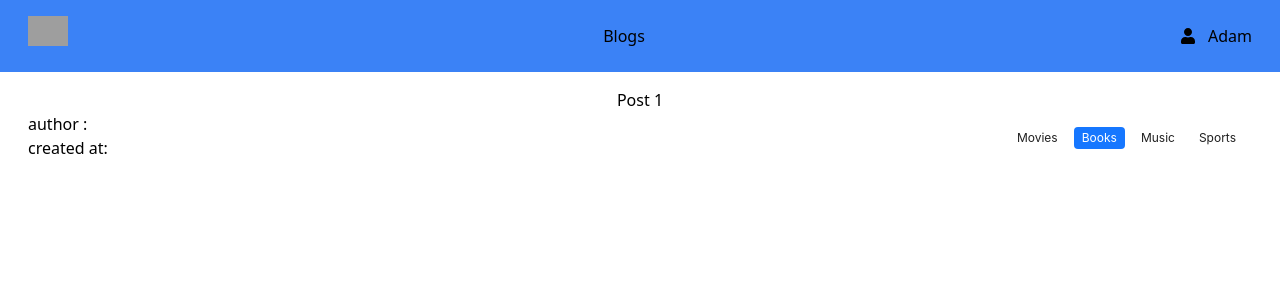
Repository: Lan-au-75/zv-app
Page: /
These files come from the project's save history. The page is drawn as it stood at one moment and after the next save; the edit follows.
The browser window is 1280 px wide. The pictures show the whole page.
Pictures or frames that could not be fetched are drawn as grey boxes. The page's requests for data from a server got no answer. The project was rebuilt for these pictures with package versions that can differ from the ones it lists, and the page was loaded fresh each time. No one was signed in, and anything a server would have sent is missing. Also part of the build but not shown: vite.config.js.

Above is the page before, as saved 2023-12-13 14:24:02.

### src/App.jsx
import { useEffect, useState } from 'react'
import Header from './components/Header'
import Post from './components/Post'

export default function App() {
    const [posts, setPosts] = useState()
    const [comments, setComments] = useState()
    const [users, setUsers] = useState()

    const [data, setData] = useState()

    const getUsersById = async (userIds) => {
        const result = posts?.filter((post) => userIds.includes(post.userId))

        return result
    }

    const getPostsById = async (postIds) => {
        const result = posts?.filter((post) => postIds.includes(post.id))

        return result
    }

    const getComments = async () => {
        // eslint-disable-next-line react/prop-types
        const postIds = comments?.map((comment) => comment.postId)
        const userIds = posts?.map((post) => post.userId)

        const post = await getPostsById(postIds)
        const user = await getUsersById(userIds)

        const result = {
            posts: post,
            comments,
            users: user,
        }

        setData(result)
    }

    useEffect(() => {
        getComments()
    }, [posts, comments, users])

    useEffect(() => {
        const fetchPosts = async () => {
            const res = await fetch('https://jsonplaceholder.typicode.com/posts?_limit=10')
            const data = await res.json()
            setPosts(data)
        }

        const fetchComments = async () => {
            const res = await fetch('https://jsonplaceholder.typicode.com/comments?_limit=10')
            const data = await res.json()
            setComments(data)
        }

        const fetchUsers = async () => {
            const res = await fetch('https://jsonplaceholder.typicode.com/users?_limit=10')
            const data = await res.json()
            setUsers(data)
        }

        fetchPosts()
        fetchComments()
        fetchUsers()
    }, [])

    return (
        <div>
            <Header></Header>
            <Post></Post>
        </div>
    )
}

### src/components/Header.jsx
import { FaUser } from 'react-icons/fa'
function Header() {
    return (
        <header className='bg-blue-500'>
            <div className='flex items-center justify-between mx-3 p-4'>
                <div className='w-10 h-10 '>
                    <img
                        src='https://cdn.pixabay.com/photo/2020/07/21/02/07/facebook-5424833_960_720.png'
                        alt='facebook'
                    />
                </div>
                <div>Blogs</div>
                <div className='flex gap-3 items-center'>
                    <FaUser />
                    <div>Adam</div>
                </div>
            </div>
        </header>
    )
}

export default Header

### src/components/Post.jsx
/* eslint-disable react/prop-types */
import { Space } from 'antd'
import CheckableTag from 'antd/es/tag/CheckableTag'
import { useState } from 'react'

const tagsData = ['Movies', 'Books', 'Music', 'Sports']

function Post() {
    const [selectedTags, setSelectedTags] = useState(['Books'])

    const handleChange = (tag, checked) => {
        const nextSelectedTags = checked
            ? [...selectedTags, tag]
            : selectedTags.filter((t) => t !== tag)
        console.log('You are interested in: ', nextSelectedTags)
        setSelectedTags(nextSelectedTags)
    }

    return (
        <>
            <main className='p-4'>
                <h1 className='flex items-center justify-center'>Post 1</h1>
                <div className='flex items-center justify-between mx-3'>
                    {/* author */}
                    <div>
                        <h3>author : </h3>
                        <span className='mt-2'>created at: </span>
                    </div>
                    {/* search keyword */}
                    <div>
                        <Space size={[0, 8]} wrap>
                            {tagsData.map((tag) => (
                                <CheckableTag
                                    key={tag}
                                    checked={selectedTags.includes(tag)}
                                    onChange={(checked) => handleChange(tag, checked)}
                                >
                                    {tag}
                                </CheckableTag>
                            ))}
                        </Space>
                    </div>
                </div>
                {/* desc */}
                <p></p>
            </main>
        </>
    )
}

export default Post

Loaded but not shown: index.html (common file); src/main.jsx (common file); src/index.css (common file); tailwind.config.js (common file)

After the next save:
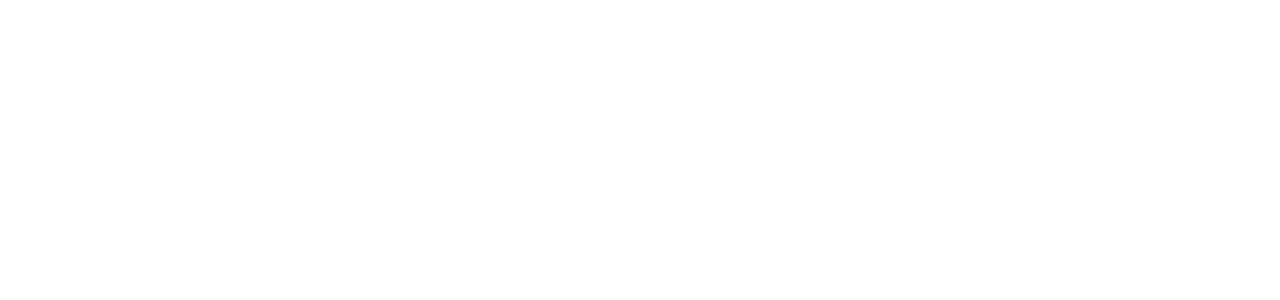
Console error: TypeError: Cannot read properties of undefined (reading 'comments')
Saved 2 min 11 s later.
--- a/src/App.jsx
+++ b/src/App.jsx
@@ -1,6 +1,7 @@
 import { useEffect, useState } from 'react'
 import Header from './components/Header'
 import Post from './components/Post'
+import { comment } from 'postcss'
 
 export default function App() {
     const [posts, setPosts] = useState()
@@ -69,7 +70,13 @@
     return (
         <div>
             <Header></Header>
-            <Post></Post>
+            {data.comments.map((comment) => {
+                const post = data.posts.find((post) => post.id === comment.postId)
+
+                console.log(post)
+
+                return <Post></Post>
+            })}
         </div>
     )
 }

After the 4 saves that followed:
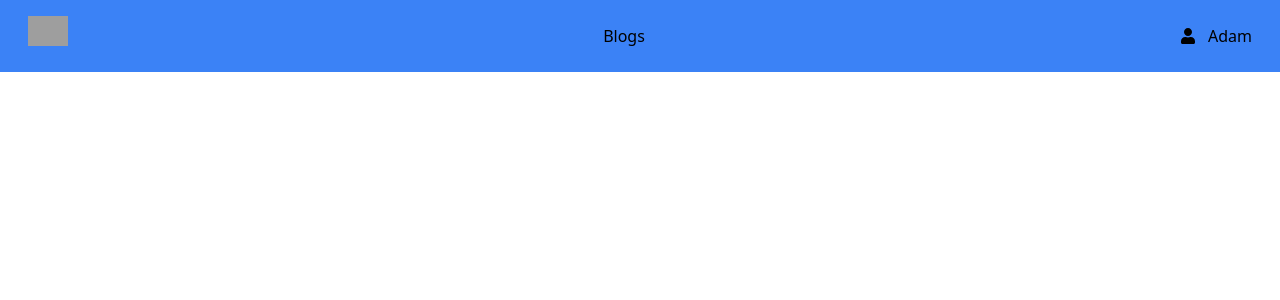
The error is gone.
The 4 saves are shown as one change because 3 left the picture as it was.
The last was saved 7 min 32 s later.
--- a/src/App.jsx
+++ b/src/App.jsx
@@ -1,7 +1,6 @@
 import { useEffect, useState } from 'react'
 import Header from './components/Header'
 import Post from './components/Post'
-import { comment } from 'postcss'
 
 export default function App() {
     const [posts, setPosts] = useState()
@@ -41,7 +40,7 @@
 
     useEffect(() => {
         getComments()
-    }, [posts, comments, users])
+    }, [])
 
     useEffect(() => {
         const fetchPosts = async () => {
@@ -70,12 +69,16 @@
     return (
         <div>
             <Header></Header>
-            {data.comments.map((comment) => {
-                const post = data.posts.find((post) => post.id === comment.postId)
+            {data?.comments?.map((comment) => {
+                const post = data?.posts?.find((post) => post.id === comment.postId)
 
                 console.log(post)
 
-                return <Post></Post>
+                return (
+                    <>
+                        <Post></Post>
+                    </>
+                )
             })}
         </div>
     )
